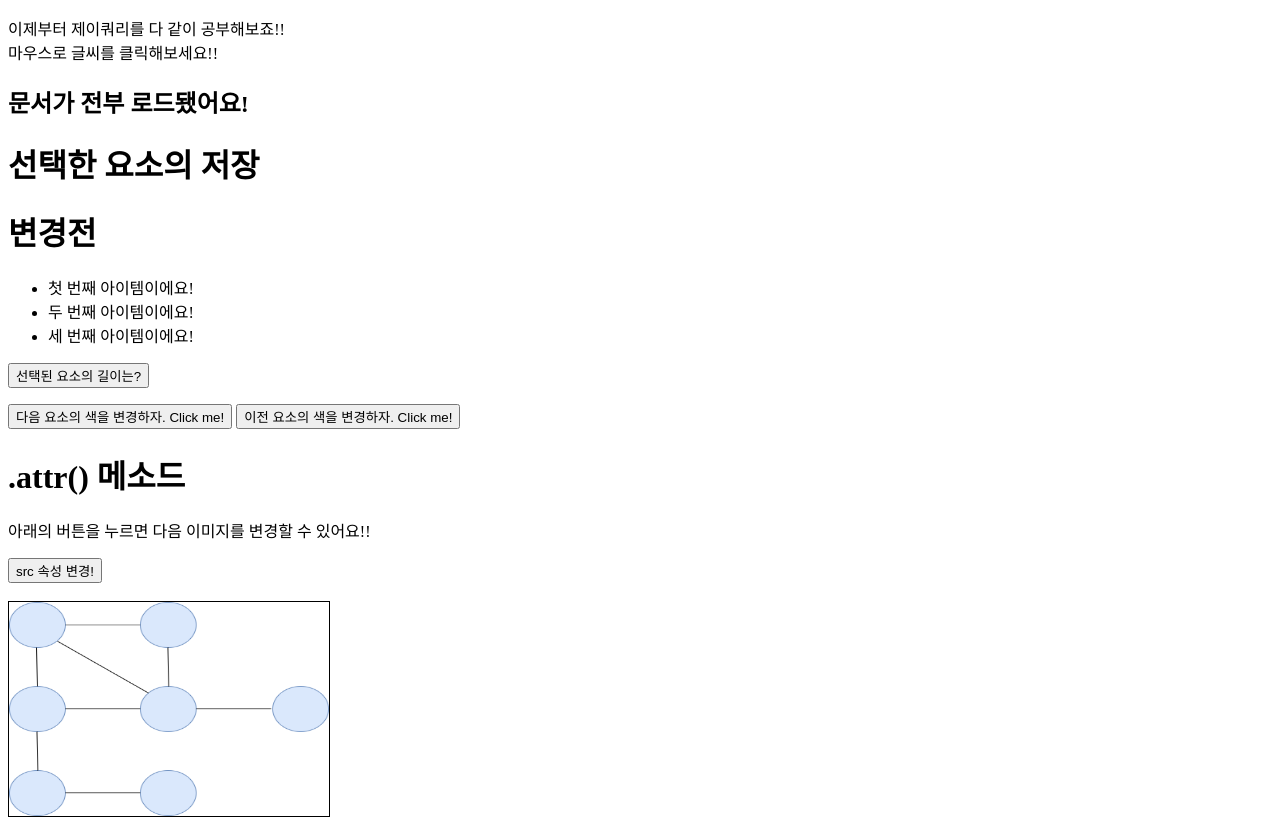
Repository: kokoko12334/sms
Page: http://localhost/test
An editor plug-in stored every save of this project. The page is shown before and after the next save, followed by the edit.
The browser window is 1280 px wide. The pictures show the whole page.
The page is this project's Thymeleaf template; nobody is signed in. The template is opened directly, without the code that normally fills it, so the values that code supplies are empty.

Above is the page before, as saved 2023-05-27 09:01:36.
Console error: TypeError: e.indexOf is not a function

After the next save:
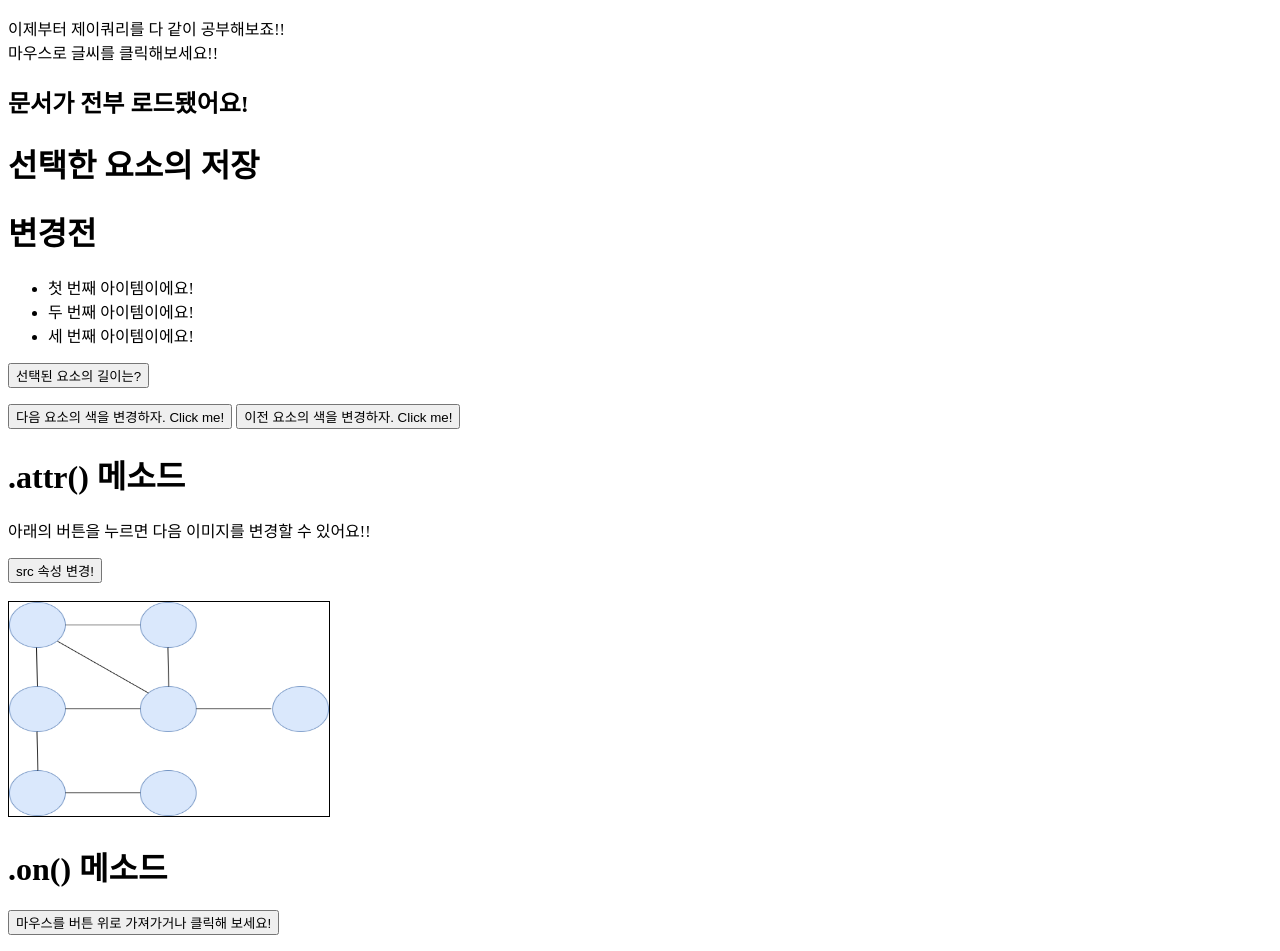
Saved 9 min 17 s later.
--- a/workspace_spring2/bankingdemo/src/main/resources/templates/test.html
+++ b/workspace_spring2/bankingdemo/src/main/resources/templates/test.html
@@ -34,7 +34,9 @@
 	<p>아래의 버튼을 누르면 다음 이미지를 변경할 수 있어요!!</p>
 	<button>src 속성 변경!</button><br><br>
 	<img src="images/graph.drawio.png" style="width:320px; height:214px; border: 1px solid black">
-
+<h1>.on() 메소드</h1>
+	<button>마우스를 버튼 위로 가져가거나 클릭해 보세요!</button>
+	<p id="text"></p>
 <script>
 // $(function() { 제이쿼리코드 } ) 는 자바에서 window.onload = functions(){}과 같은 기능임 즉, 모든 페이지가 로드되고 실행하라는 의미
 $(function() {
@@ -85,7 +87,17 @@ $(function() {
 
 	});
 
-
+	$("button").on({				// 모든 <button>요소에
+		mouseenter: function() {	// mouseenter 이벤트를 설정함.
+			$("#text").append("마우스가 버튼 위로 진입했어요!<br>");
+		},
+		click: function() {			// click 이벤트를 설정함.
+			$("#text").append("마우스가 버튼을 클릭했어요!<br>");
+		},
+		mouseleave: function() {	// mouseleave 이벤트를 설정함.
+			$("#text").append("마우스가 버튼 위에서 빠져나갔어요!<br>");
+		}
+	});
 });
 
 
